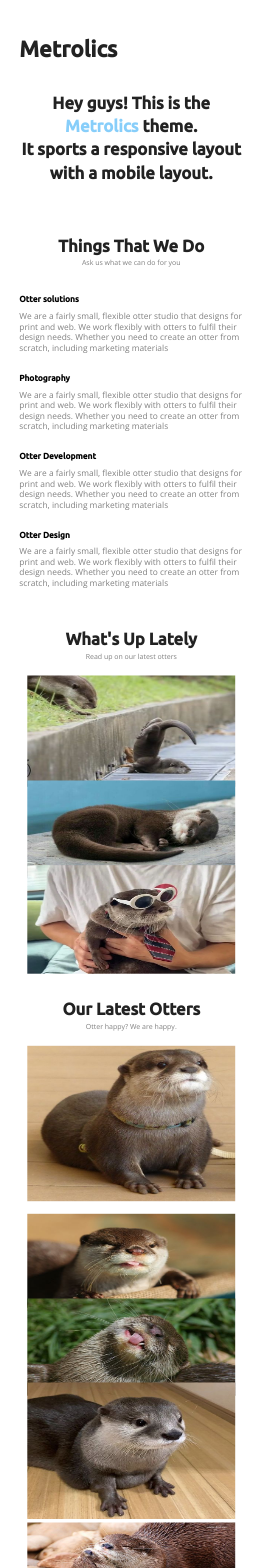
Repository: kennyharman/Marlowe_Kenny_Lab_02B
Page: index.html
The author's editor kept a copy of each file at every save. The page is drawn from the files as they stood at one save, then again after the next save.
The browser window is 375 px wide. The page is 391 px wide, so the pictures cover 391 px, including what lies to the right of the window. The pictures show the part of the page from y = 0 to 2240 px (the page is 5355 px tall before and 5373 px after), at 70% of full size.

Above is the page before, as saved 2024-02-08 18:58:44.

After the next save:
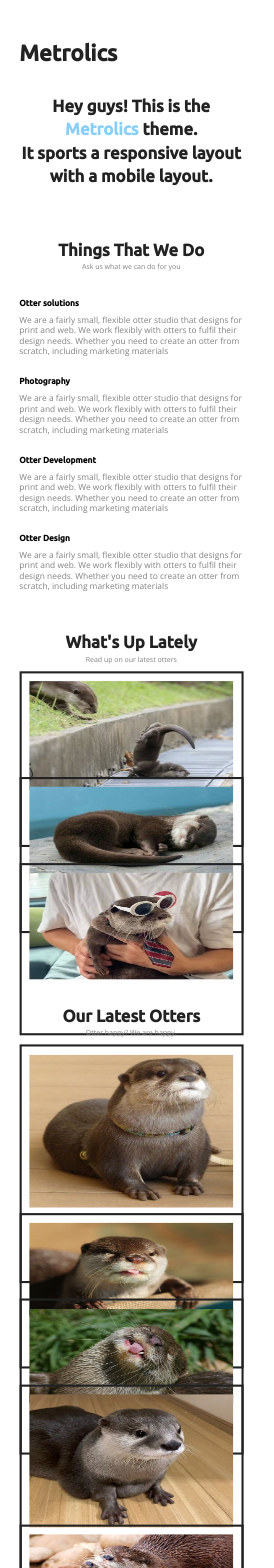
Saved 2 min 48 s later.
--- a/css/style.css
+++ b/css/style.css
@@ -413,10 +413,6 @@ p {
 
 /* Small only */
 @media screen and (max-width: 39.9375em) {
-.page {
-  margin-top: -5px;
-}
-
   .page__header,
 .banner-header,
 .page__section,
@@ -439,6 +435,9 @@ p {
   .page__banner {
     display: none;
   }
+  .image {
+    border: solid;
+  }
   .affiliates {
     display: none;
   }
